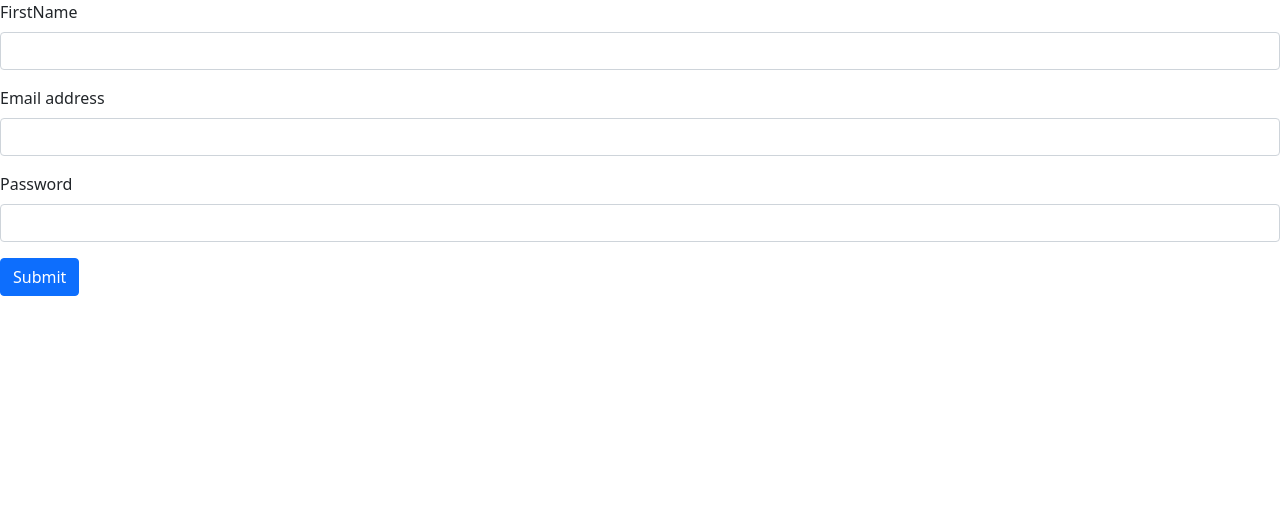
Repository: 2001Yogi/JavaWebAssignment
Page: http://localhost/StudentInformation/
These files come from the project's save history. The page is drawn as it stood at one moment and after the next save; the edit follows.
The browser window is 1280 px wide. The pictures show the whole page.
The page is served by Tomcat 9.

Above is the page before, as saved 2024-09-17 12:49:08.

### StudentInformation/src/main/webapp/index.jsp
<%@ page language="java" contentType="text/html; charset=ISO-8859-1"
	pageEncoding="ISO-8859-1"%>
<!DOCTYPE html>
<html>
<head>
<meta charset="ISO-8859-1">
<link
	href="https://cdn.jsdelivr.net/npm/bootstrap@5.0.2/dist/css/bootstrap.min.css"
	rel="stylesheet"
	integrity="sha384-EVSTQN3/azprG1Anm3QDgpJLIm9Nao0Yz1ztcQTwFspd3yD65VohhpuuCOmLASjC"
	crossorigin="anonymous">
<script
	src="https://cdn.jsdelivr.net/npm/bootstrap@5.0.2/dist/js/bootstrap.bundle.min.js"
	integrity="sha384-MrcW6ZMFYlzcLA8Nl+NtUVF0sA7MsXsP1UyJoMp4YLEuNSfAP+JcXn/tWtIaxVXM"
	crossorigin="anonymous"></script>
<script
	src="https://cdn.jsdelivr.net/npm/@popperjs/core@2.9.2/dist/umd/popper.min.js"
	integrity="sha384-IQsoLXl5PILFhosVNubq5LC7Qb9DXgDA9i+tQ8Zj3iwWAwPtgFTxbJ8NT4GN1R8p"
	crossorigin="anonymous"></script>
<script
	src="https://cdn.jsdelivr.net/npm/bootstrap@5.0.2/dist/js/bootstrap.min.js"
	integrity="sha384-cVKIPhGWiC2Al4u+LWgxfKTRIcfu0JTxR+EQDz/bgldoEyl4H0zUF0QKbrJ0EcQF"
	crossorigin="anonymous"></script>
<title>Student Form</title>
</head>
<body>
	<form>
		<div class="mb-3">
			<label for="exampleInputEmail1" class="form-label">FirstName</label>
				<input type="text" class="form-control" id="fname">
		</div>
		<div class="mb-3">
			<label for="exampleInputEmail1" class="form-label">Email
				address</label> <input type="email" class="form-control"
				id="exampleInputEmail1" aria-describedby="emailHelp">
		</div>
		<div class="mb-3">
			<label for="exampleInputPassword1" class="form-label">Password</label>
			<input type="password" class="form-control"
				id="exampleInputPassword1">
		</div>
		<button type="submit" class="btn btn-primary">Submit</button>
	</form>
</body>
</html>

After the next save:
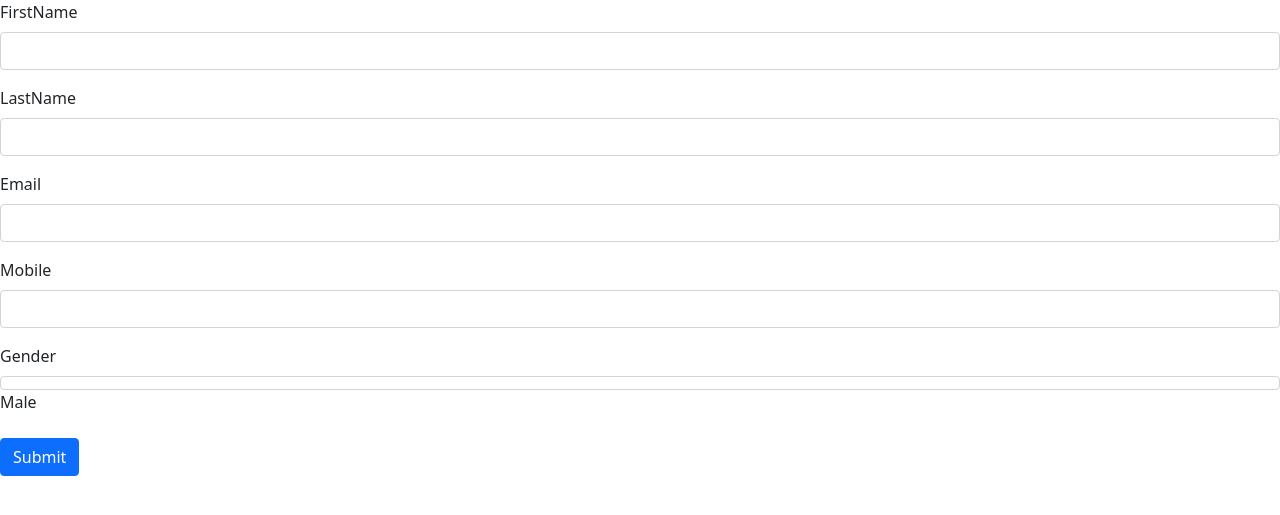
Saved 2 min 20 s later.
--- a/StudentInformation/src/main/webapp/index.jsp
+++ b/StudentInformation/src/main/webapp/index.jsp
@@ -26,19 +26,26 @@
 <body>
 	<form>
 		<div class="mb-3">
-			<label for="exampleInputEmail1" class="form-label">FirstName</label>
+			<label class="form-label">FirstName</label>
 				<input type="text" class="form-control" id="fname">
 		</div>
 		<div class="mb-3">
-			<label for="exampleInputEmail1" class="form-label">Email
-				address</label> <input type="email" class="form-control"
-				id="exampleInputEmail1" aria-describedby="emailHelp">
+			<label  class="form-label">LastName</label>
+				<input type="text" class="form-control" id="lname">
 		</div>
 		<div class="mb-3">
-			<label for="exampleInputPassword1" class="form-label">Password</label>
-			<input type="password" class="form-control"
-				id="exampleInputPassword1">
+			<label  class="form-label">Email</label>
+				<input type="email" class="form-control" id="email">
 		</div>
+		<div class="mb-3">
+			<label class="form-label">Mobile</label>
+				<input type="number" class="form-control" id="mobile">
+		</div>
+		<div class="mb-3">
+			<label class="form-label">Gender</label>
+				<input type="Radio" class="form-control" id="fname"><label class="form-label">Male</label>
+		</div>
+
 		<button type="submit" class="btn btn-primary">Submit</button>
 	</form>
 </body>
